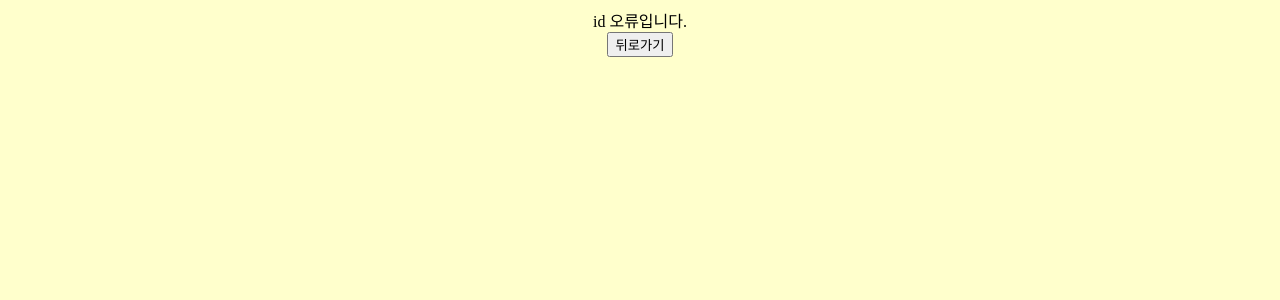
Repository: KangEunseo/2019-jsp-class
Page: http://localhost/BasicJSP/loginsession/loginSessionPro.jsp
These files come from the project's save history. The page is drawn as it stood at one moment and after the next save; the edit follows.
The browser window is 1280 px wide. The pictures show the whole page.
The page is served by Tomcat 9. Queries for data that is not in the repository find no rows.

Above is the page before, as saved 2019-09-26 00:35:36.

After the next save:
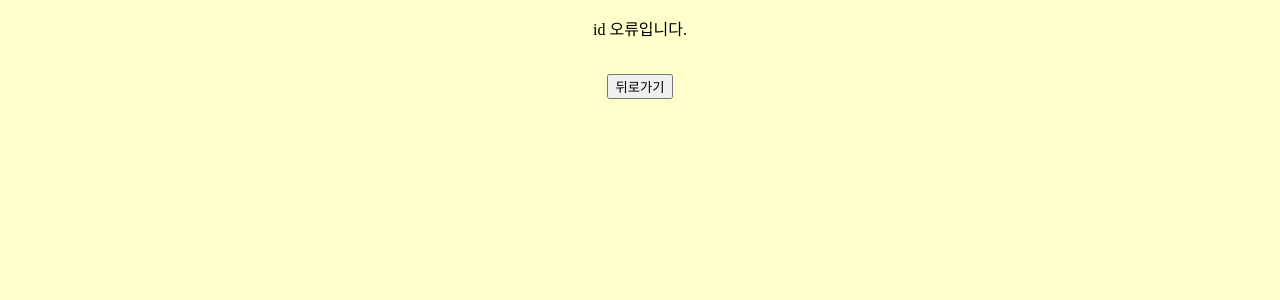
Saved 3 min 42 s later.
--- a/BasicJSP/WebContent/loginsession/loginSessionPro.jsp
+++ b/BasicJSP/WebContent/loginsession/loginSessionPro.jsp
@@ -37,9 +37,9 @@
 	</table>
 	<p><input type="button" value="로그아웃" onClick="javascript:location.href='logoutSession.jsp'"></p>
 <%
-	} else if(result == 2) {
-		out.println("id 오류입니다.");		%>
-		<br><input type="button" value="뒤로가기" onClick="history.back()">
+	} else if(result == 2) {	%>
+		<p>id 오류입니다.</p><br>
+		<input type="button" value="뒤로가기" onClick="history.back()">
 <%	} else if(result == 3) {
 		out.println("password 오류입니다.");	%>
 		<br><input type="button" value="뒤로가기" onClick="history.back()">
